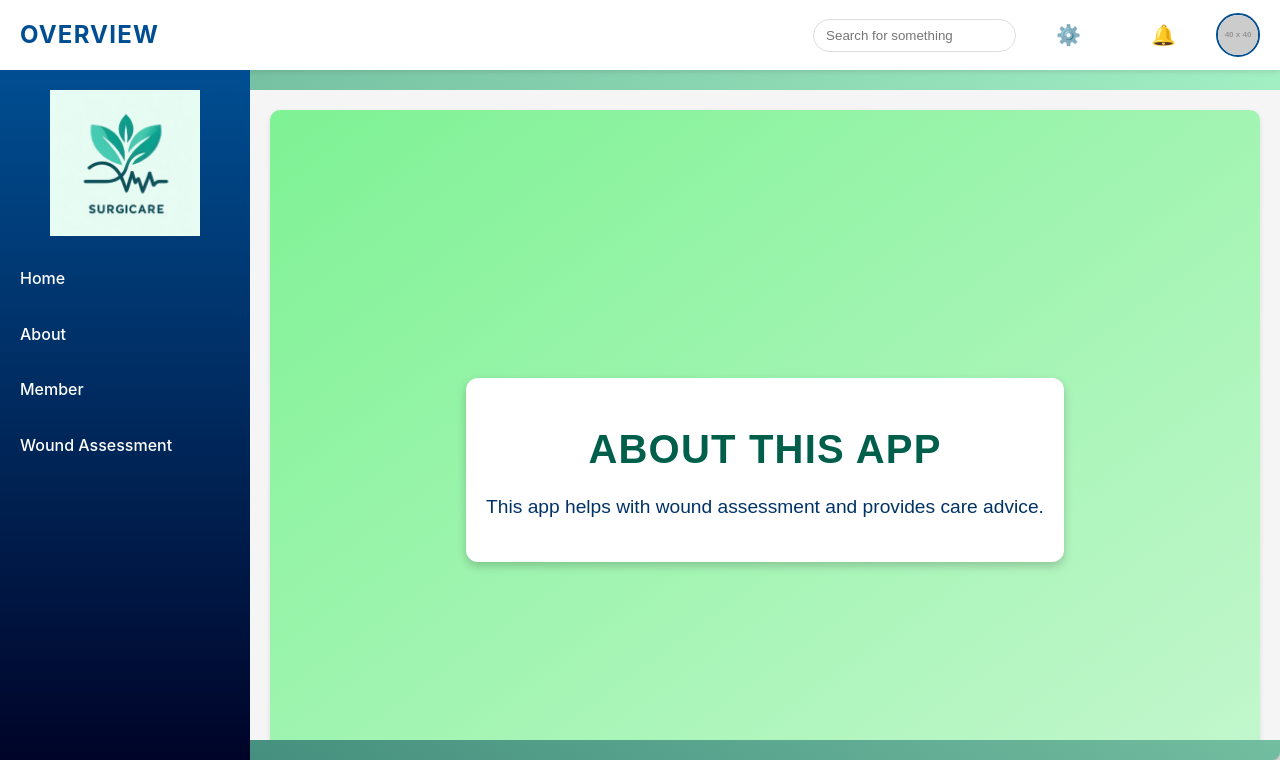
Repository: Jinwoo290350/Surgicare-Vue
Page: /about (app in surgicare/)
The author's editor kept a copy of each file at every save. The page is drawn from the files as they stood at one save, then again after the next save.
The browser window is 1280 px wide. The pictures show the whole page.
The project was rebuilt for these pictures with package versions that can differ from the ones it lists, and the page was loaded fresh each time. Also part of the build but not shown: surgicare/vite.config.js, surgicare/src/views/Home.vue, surgicare/src/views/Member.vue, surgicare/src/components/WoundAssessment.vue.

Above is the page before, as saved 2024-12-30 20:41:12.
Console error: TypeError: Cannot read properties of null (reading 'getContext')

### surgicare/index.html
<!doctype html>
<html lang="en">
  <head>
    <meta charset="UTF-8" />
    <link rel="icon" type="image/svg+xml" href="/vite.svg" />
    <meta name="viewport" content="width=device-width, initial-scale=1.0" />
    <title>Vite + Vue</title>
  </head>
  <body>
    <div id="app"></div>
    <script type="module" src="/src/main.js"></script>
  </script>
  <link href="https://fonts.googleapis.com/css2?family=Roboto:wght@400;500;700&display=swap" rel="stylesheet">

  <script type="text/javascript" src="./src/star.js"></script>
  </body>
</html>

### surgicare/src/main.js
import { createApp } from 'vue'
import './style.css'
import App from './App.vue'
import router from "./router";

createApp(App).use(router).mount("#app");

### surgicare/src/style.css
:root {
  font-family: Inter, system-ui, Avenir, Helvetica, Arial, sans-serif;
  line-height: 1.6;
  font-weight: 400;
  color-scheme: light dark;
  color: rgba(255, 255, 255, 0.87);
  background-color: #242424;
  font-synthesis: none;
  text-rendering: optimizeLegibility;
  -webkit-font-smoothing: antialiased;
  -moz-osx-font-smoothing: grayscale;
}

a {
  font-weight: 500;
  text-decoration: none;
  transition: color 0.3s ease-in-out;
}
a:hover {
  color: #4ca6a8; /* ใช้โทนสีเขียวฟ้าแทน */
}

body {
  margin: 0;
  display: flex;
  flex-direction: column;
  align-items: center;
  justify-content: center;
  min-width: 320px;
  min-height: 100vh;
  padding: 20px;
  background-color: #1e3c34;
  background-image: linear-gradient(to top right, #3a8476, #a8f5c8);
  background-repeat: no-repeat;
  border-radius: 8px;
  box-shadow: 0 8px 16px rgba(0, 0, 0, 0.4);
}

h1 {
  font-size: 3em;
  line-height: 1.2;
  color: #fff;
  text-transform: uppercase;
  letter-spacing: 1.2px;
  margin-bottom: 1em;
  transition: transform 0.3s ease-in-out;
}
h1:hover {
  transform: scale(1.1); /* เพิ่มเอฟเฟกต์ Hover */
}

button {
  border-radius: 10px;
  border: 2px solid transparent;
  padding: 0.8em 1.5em;
  font-size: 1em;
  font-weight: 600;
  background-color: #2a3f3b;
  color: #fff;
  cursor: pointer;
  transition: all 0.3s ease-in-out;
}
button:hover {
  border-color: #50c4b7;
  background-color: #344d47;
  transform: translateY(-3px);
}
button:focus,
button:focus-visible {
  outline: 4px solid #50c4b7;
}

.card {
  padding: 2.5em;
  background-color: #2e3d3a;
  border-radius: 12px;
  box-shadow: 0 6px 15px rgba(0, 0, 0, 0.5);
  transition: transform 0.3s ease-in-out, box-shadow 0.3s ease-in-out;
}
.card:hover {
  transform: translateY(-10px);
  box-shadow: 0 12px 20px rgba(0, 0, 0, 0.6);
}

#app {
  height: 100vh;
  width: 100vw;
  margin: 0;
  padding: 0;
  overflow: hidden;
}

/* Media Queries for Responsiveness */
@media (max-width: 768px) {
  body {
    padding: 15px;
  }

  h1 {
    font-size: 2.5em;
  }

  button {
    padding: 0.7em 1.2em;
    font-size: 0.95em;
  }

  .card {
    padding: 2em;
  }

  #app {
    padding: 1.5rem;
  }
}

@media (max-width: 480px) {
  h1 {
    font-size: 2em;
  }

  button {
    padding: 0.5em 1em;
    font-size: 0.9em;
  }

  .card {
    padding: 1.5em;
  }
}

/* Light Mode Styles */
@media (prefers-color-scheme: light) {
  :root {
    color: #1f2d2a;
    background-color: #ffffff;
  }
  a:hover {
    color: #57bdb3; /* โทนเขียวฟ้าสว่าง */
  }
  button {
    background-color: #f5f5f5;
    color: #1f2d2a;
    border-color: #50c4b7;
  }
  .card {
    background-color: #f9f9f9;
    box-shadow: 0 4px 8px rgba(0, 0, 0, 0.1);
  }
}

### surgicare/src/App.vue
<template>
  <div id="app" class="app-container">
    <header class="header">
      <h1>Overview</h1>
      <div class="header-tools">
        <input type="text" placeholder="Search for something" class="search-box" />
        <button class="settings-btn">⚙️</button>
        <button class="notifications-btn">🔔</button>
        <img src="https://via.placeholder.com/40" alt="Profile" class="profile-pic" />
      </div>
    </header>

    <div class="content-wrapper">
      <aside class="sidebar">
        <img src="/Users/frank/Vscode/Vue/surgicare/public/Icon_surgicare.png" alt="Logo" class="logo" />
        <nav class="menu">
          <router-link to="/" class="menu-item">Home</router-link>
          <router-link to="/about" class="menu-item">About</router-link>
          <router-link to="/member" class="menu-item">Member</router-link>
          <router-link to="/wound-assessment" class="menu-item">Wound Assessment</router-link>
        </nav>
      </aside>

      <main class="main-content">
        <router-view class="router-view" />
      </main>
    </div>
  </div>
</template>

<script>
export default {
  name: "DashboardPage",
};
</script>

<style scoped>
/* General Styles */
body {
  margin: 0;
  font-family: 'Poppins', Arial, sans-serif;
  height: 100vh;
  overflow: hidden;
}

.app-container {
  display: flex;
  flex-direction: column;
  height: 100vh;
}

/* Header Styling */
.header {
  position: fixed;
  top: 0;
  left: 0;
  right: 0;
  height: 70px;
  background: white;
  display: flex;
  justify-content: space-between;
  align-items: center;
  padding: 0 20px;
  box-shadow: 0 2px 5px rgba(0, 0, 0, 0.1);
  z-index: 1000;
}

.header h1 {
  font-size: 24px;
  color: #004e92;
  margin: 0;
}

.header-tools {
  display: flex;
  align-items: center;
}

.search-box {
  padding: 8px 12px;
  border: 1px solid #ddd;
  border-radius: 25px;
  margin-right: 10px;
  outline: none;
  transition: box-shadow 0.3s;
}

.search-box:focus {
  box-shadow: 0 0 10px rgba(0, 78, 146, 0.5);
}

.settings-btn,
.notifications-btn {
  background: none;
  border: none;
  font-size: 20px;
  color: #555;
  margin-right: 10px;
  cursor: pointer;
}

.profile-pic {
  width: 40px;
  height: 40px;
  border-radius: 50%;
  border: 2px solid #004e92;
}

/* Content Wrapper */
.content-wrapper {
  display: flex;
  flex: 1;
  margin-top: 70px; /* Offset for the header */
}

/* Sidebar Styling */
.sidebar {
  width: 250px;
  background: linear-gradient(to bottom, #004e92, #000428);
  color: white;
  padding: 20px 0;
  display: flex;
  flex-direction: column;
  align-items: center;
  height: calc(100vh - 70px);
  position: fixed;
  left: 0;
  top: 70px; /* Below the header */
  z-index: 1000;
}

.logo {
  width: 100%;
  max-width: 150px;
  margin-bottom: 20px;
}

.menu {
  width: 100%;
}

.menu-item {
  display: block;
  text-decoration: none;
  color: white;
  font-size: 16px;
  padding: 10px 20px;
  margin-bottom: 10px;
  border-radius: 8px;
  transition: background 0.3s, transform 0.3s;
}

.menu-item:hover {
  background: rgba(255, 255, 255, 0.2);
  transform: scale(1.05);
}

/* Main Content */
.main-content {
  flex: 1;
  margin-left: 250px; /* Offset for the sidebar */
  padding: 20px;
  background: #f5f5f5;
  overflow-y: auto;
}

.router-view {
  border-radius: 10px;
  box-shadow: 0 2px 5px rgba(0, 0, 0, 0.1);
}
</style>

### surgicare/src/router/index.js
import { createRouter, createWebHistory } from "vue-router";

// Importing views and components
import Home from "../views/Home.vue";
import About from "../views/About.vue";
import Member from "../views/Member.vue";
import WoundAssessment from "../components/WoundAssessment.vue";

// Define the route configurations
const routes = [
  {
    path: "/",
    name: "Home",
    component: Home,
    meta: {
      title: "Home -  Surgicare",
    },
  },
  {
    path: "/about",
    name: "About",
    component: About,
    meta: {
      title: "About - Surgicare",
    },
  },
  {
    path: "/member",
    name: "Member",
    component: Member,
    meta: {
      title: "Member - Surgicare",
    },
  },
  {
    path: "/wound-assessment",
    name: "WoundAssessment",
    component: WoundAssessment,
    meta: {
      title: "Wound Assessment - Surgicare",
    },
  },
];

// Create the router instance
const router = createRouter({
  history: createWebHistory(),
  routes,
  scrollBehavior(to, from, savedPosition) {
    // Scroll to top on route change, unless saved position exists
    if (savedPosition) {
      return savedPosition;
    } else {
      return { top: 0 };
    }
  },
});

// Global navigation guard for dynamic document titles
router.beforeEach((to, from, next) => {
  document.title = to.meta.title || "Default App Title";
  next();
});

export default router;

### surgicare/src/views/About.vue
<template>
  <div class="about">
    <div class="content">
      <h1 class="title">About This App</h1>
      <p class="description">This app helps with wound assessment and provides care advice.</p>
    </div>
  </div>
</template>

<script>
export default {
  name: "About",
};
</script>

<style scoped>
.about {
  display: flex;
  justify-content: center;
  align-items: center;
  height: 100vh; /* Full height for viewport */
  background: linear-gradient(to bottom right, #7ef294, #c6f7d0); /* Subtle gradient */
  font-family: 'Arial', sans-serif;
  text-align: center;
  box-sizing: border-box;
  padding: 20px;
}

.content {
  max-width: 600px; /* Limit content width for better readability */
  padding: 20px;
  background: #ffffff;
  border-radius: 12px; /* Rounded corners */
  box-shadow: 0 4px 10px rgba(0, 0, 0, 0.2); /* Subtle shadow */
}

.title {
  font-size: 2.5rem;
  font-weight: bold;
  color: #005f4b;
  margin-bottom: 15px;
}

.description {
  font-size: 1.2rem;
  color: #003366;
  font-weight: 300;
}
</style>

### surgicare/src/star.js
const canvas = document.querySelector('canvas')
const c = canvas.getContext('2d')

canvas.width = innerWidth
canvas.height = innerHeight

window.addEventListener("resize", function() {
    canvas.width = window.innerWidth;
    canvas.height = window.innerHeight;
    init()
})
function Star(x, y, radius, color) {
    this.x = x
    this.y = y
    this.radius = radius
    this.color = color
    this.velocity = {
        x: (Math.random() - 0.5) * 8,
        y: 3
    }
    this.friction = 0.8
    this.gravity = 1
}

Star.prototype.draw = function() {
    c.save()
    c.beginPath()
    c.arc(this.x, this.y, this.radius, 0, Math.PI * 2, false)
    c.fillStyle = this.color
    c.shadowColor = '#E3EAEF'
    c.shadowBlur = 20
    c.fill()
    c.closePath()
    c.restore()
}

Star.prototype.update = function() {
    this.draw()

    //When ball hits bottom of screen
    if(this.y + this.radius + this.velocity.y > canvas.height - groundHeight){
        this.velocity.y = -this.velocity.y * this.friction
        this.shatter()
    }
    else{
        this.velocity.y += this.gravity
    }

    //Hits side of screen
    if(this.x + this.radius + this.velocity.x > canvas.width || this.x - this.radius <= 0){
        this.velocity.x = -this.velocity.x * this.friction
        this.shatter()
    }

    this.x += this.velocity.x
    this.y += this.velocity.y

}

Star.prototype.shatter = function(){
    this.radius -= 3
    for(let i = 0; i < 8; i++){
        miniStars.push(new MiniStar(this.x, this.y, 2))
    }

}

function MiniStar(x, y, radius, color){
    Star.call(this, x, y, radius, color)
    this.velocity = {
        x: (Math.random() - 0.5) * 10,
        y: (Math.random() - 0.5) * 30
    }
    this.friction = 0.8
    this.gravity = 0.1
    this.ttl = 100
    this.opacity = 1
}

MiniStar.prototype.draw = function() {
    c.save()
    c.beginPath()
    c.arc(this.x, this.y, this.radius, 0, Math.PI * 2, false)
    c.fillStyle = `rgba(227,234, 239, ${this.opacity})`
    c.shadowColor = '#E3EAEF'
    c.shadowBlur = 20
    c.fill()
    c.closePath()
    c.restore()
}

MiniStar.prototype.update = function() {
    this.draw()

    if(this.y + this.radius + this.velocity.y > canvas.height - groundHeight){
        this.velocity.y = -this.velocity.y * this.friction
    }
    else{
        this.velocity.y += this.gravity
    }

    this.x += this.velocity.x
    this.y += this.velocity.y
    this.ttl -= 1
    this.opacity -= 0.0001 * this.ttl
}

function creatMountainRange(mountainAmount, height, color){
    for(let i = 0; i < mountainAmount; i++){
        const mountainWidth = canvas.width / mountainAmount
        c.beginPath()
        c.moveTo(i * mountainWidth, canvas.height)
        c.lineTo(i * mountainWidth + mountainWidth + 0.2*canvas.height, canvas.height)
        c.lineTo(i * mountainWidth + mountainWidth / 2, canvas.height - height)
        c.lineTo(i * mountainWidth - 0.2*canvas.height, canvas.height)
        c.fillStyle = color
        c.fill()
        c.closePath()
    }
}

// Implementation
const backgroundGradient = c.createLinearGradient(0, 0, canvas.width, canvas.height)
backgroundGradient.addColorStop(0, '#171e26')
backgroundGradient.addColorStop(1, '#3f586b')

let stars
let miniStars
let backgroundStars
let ticker = 0
let randomSpawnRate = 75
const groundHeight = 0.09 * canvas.height
let inf = 1e9
function init() {
    stars = []
    miniStars = []
    backgroundStars = []

    for(let i = 0; i < 200; i++){
        const x = Math.random() * canvas.width
        const y = Math.random() * canvas.height
        const radius = Math.random() * 3
        backgroundStars.push(new Star(x, y, radius, 'white'))
    }
}

// Animation Loop
function animate() {
    c.clearRect(0, 0, 0, canvas.height)
    c.fillStyle = backgroundGradient
    c.fillRect(0, 0, canvas.width, canvas.height)

    backgroundStars.forEach(backgroundStar => {
        backgroundStar.draw()
    })

    if(flag) creatMountainRange(1, canvas.height * 0.7, '#384551')
    if(flag) creatMountainRange(2, canvas.height * 0.6, '#2B3843')
    if(flag) creatMountainRange(3, canvas.height * 0.4, '#26333E')
    c.fillStyle = '#182028'
    c.fillRect(0, canvas.height - groundHeight, canvas.width, groundHeight)
    stars.forEach((star, index) => {
        star.update();
        if(star.radius == 0){
            stars.splice(index, 1)
        }
    });

    miniStars.forEach((miniStar, index) => {
        miniStar.update();
        if(miniStar.ttl == 0){
            miniStars.splice(index, 1)
        }
    });

    ticker++
    if(ticker >= inf){
        ticker = 0
    }
    if(ticker % randomSpawnRate == 0){
        const radius = 9
        const x = Math.max(radius, Math.random() * canvas.width - radius)
        stars.push(new Star(x, -100, 9, '#E3EAEF'))
        randomSpawnRate = Math.floor(Math.random() * (200 - 125 + 1) + 125)
    }

    requestAnimationFrame(animate)
}

init()
animate()

After the next save:
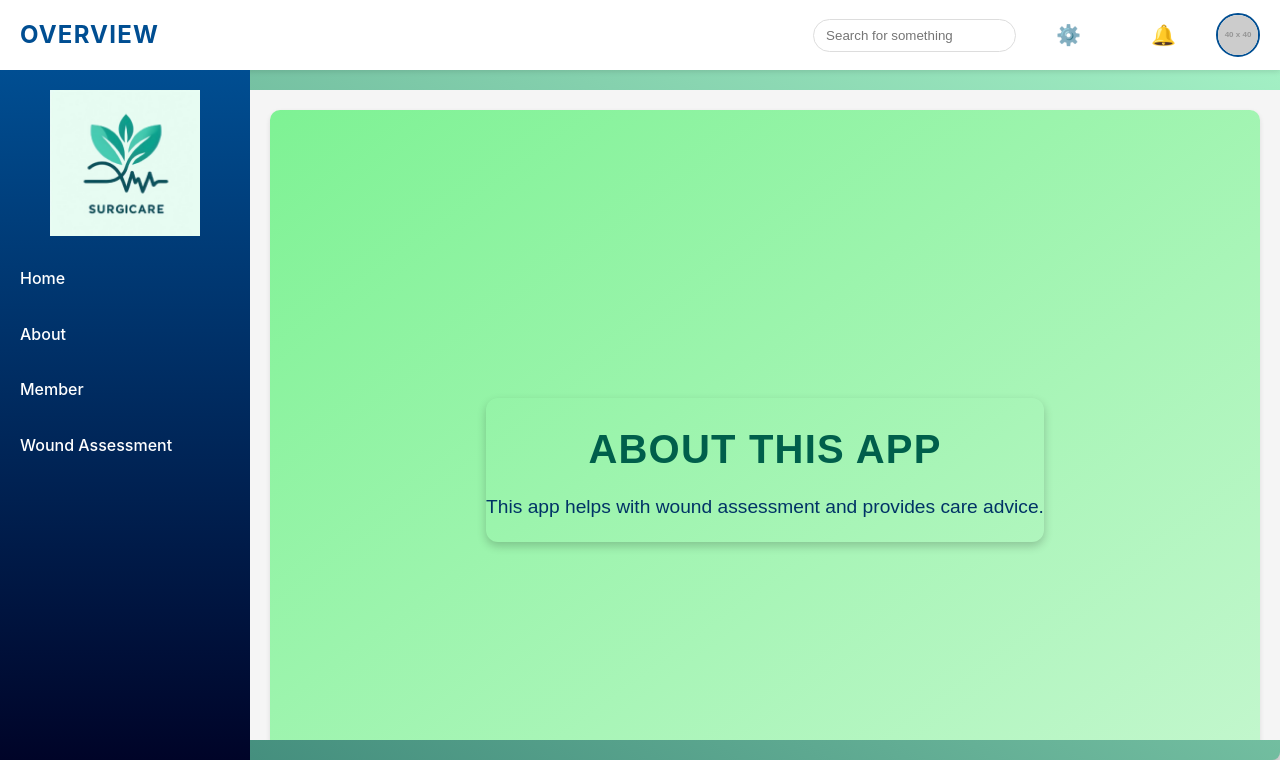
Saved 14 s later.
--- a/surgicare/src/views/About.vue
+++ b/surgicare/src/views/About.vue
@@ -28,8 +28,6 @@ export default {
 
 .content {
   max-width: 600px; /* Limit content width for better readability */
-  padding: 20px;
-  background: #ffffff;
   border-radius: 12px; /* Rounded corners */
   box-shadow: 0 4px 10px rgba(0, 0, 0, 0.2); /* Subtle shadow */
 }
